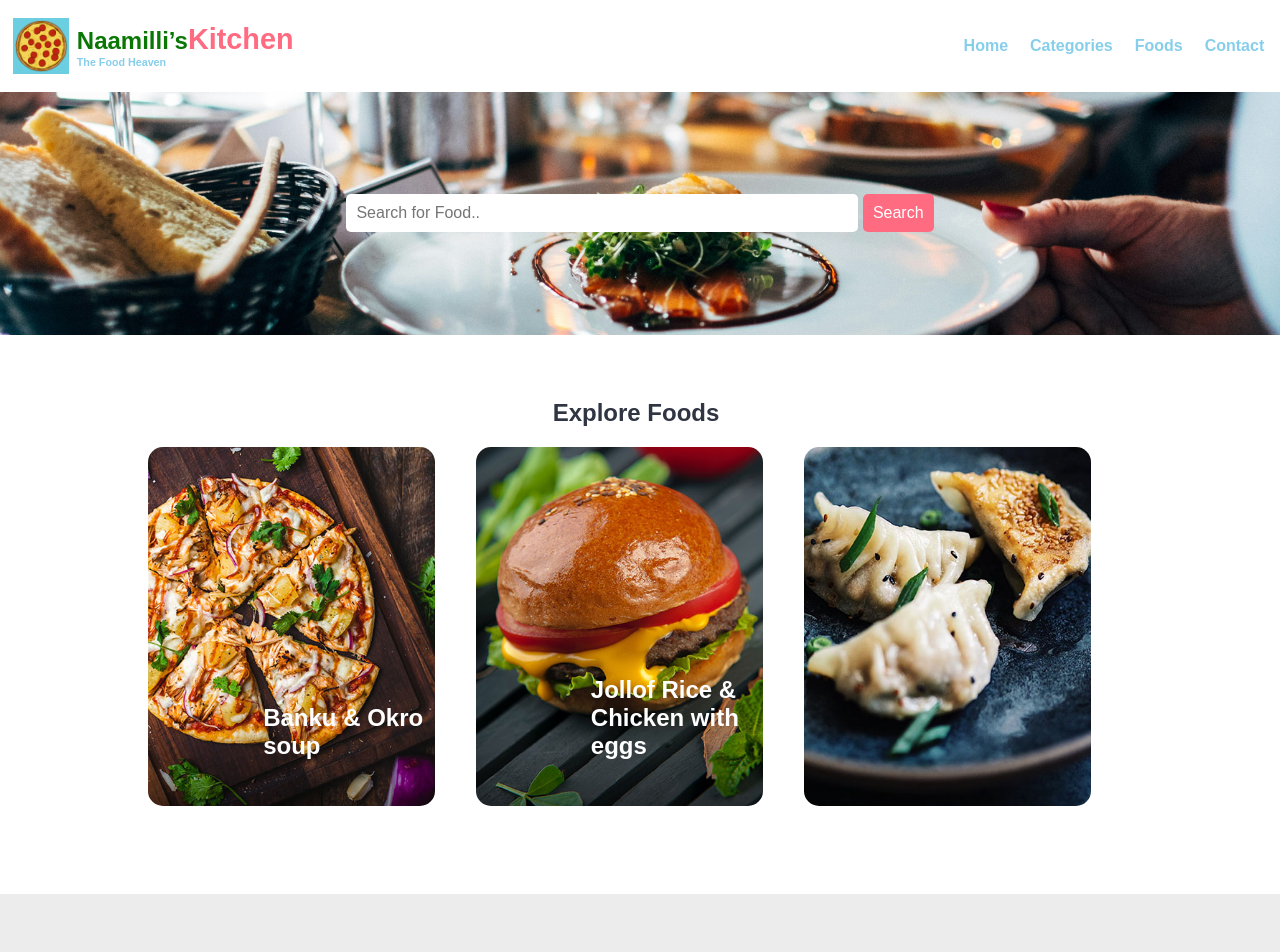
Repository: Saviour-Dagadu/Naamilli
Page: index.html
The author's editor kept a copy of each file at every save. The page is drawn from the files as they stood at one save, then again after the next save.
The browser window is 1280 px wide. The pictures show the part of the page from y = 0 to 952 px (the page is 1931 px tall).
A picture or video elsewhere on the page could not be fetched, so the positions and the page height are approximate.

Above is the page before, as saved 2024-12-03 21:42:51.

After the next save:
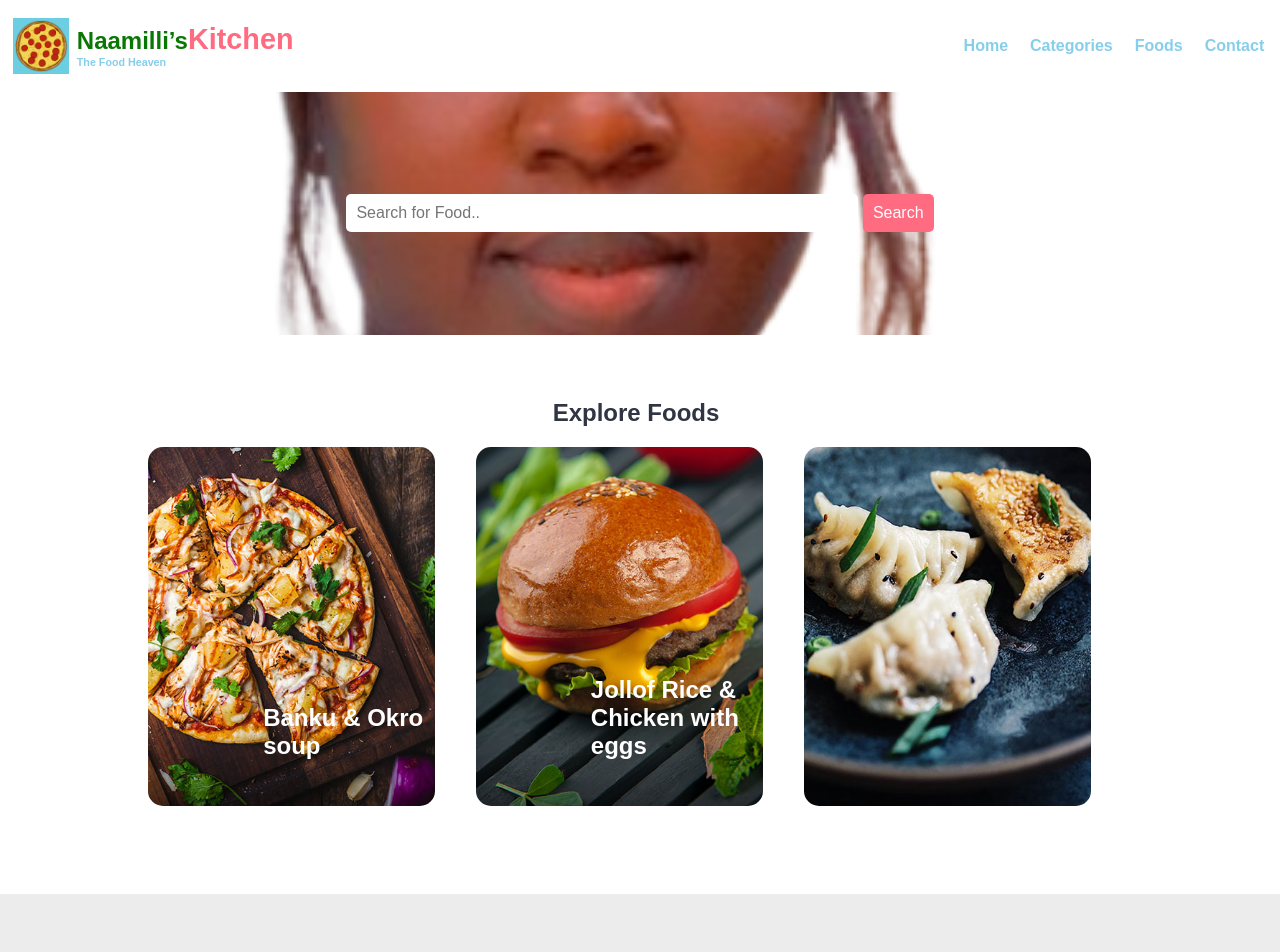
Saved 8 min 33 s later.
--- a/css/style.css
+++ b/css/style.css
@@ -127,7 +127,7 @@ fieldset{
 /* CSS for Food SEarch Section */
 
 .food-search{
-    background-image: url(../images/jay-wennington-N_Y88TWmGwA-unsplash.jpg);
+    background-image: url(../images/Naamilli-removebg-preview.png);
     background-size: cover;
     background-repeat: no-repeat;
     background-position: center;
